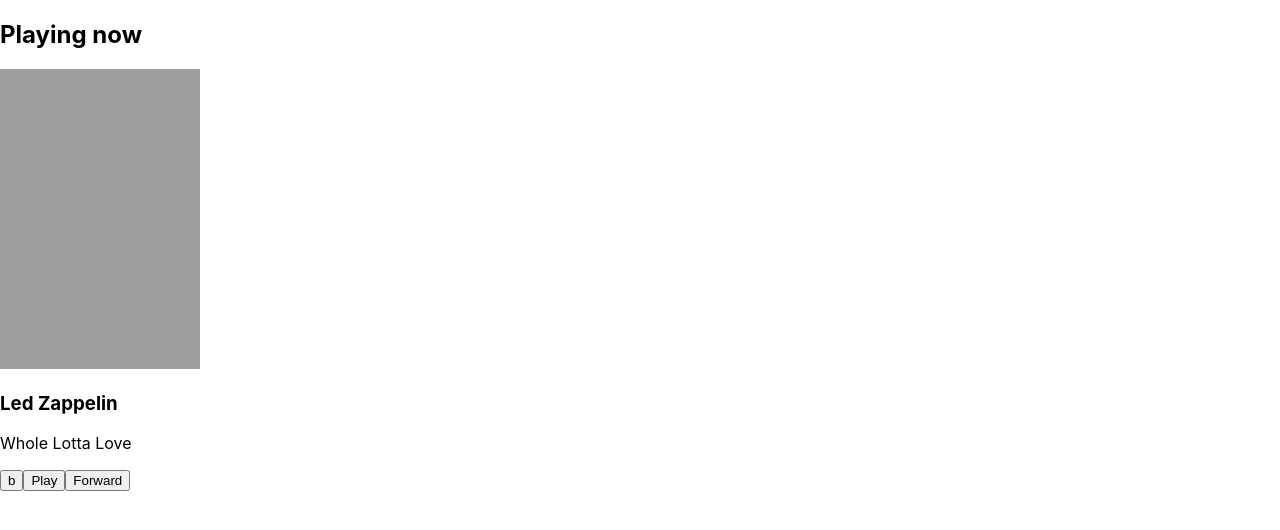
Repository: Sxcram02/playlist
Page: /
The author's editor kept a copy of each file at every save. The page is drawn from the files as they stood at one save, then again after the next save.
The browser window is 1280 px wide. The pictures show the whole page.
Pictures or frames that could not be fetched are drawn as grey boxes. The project was rebuilt for these pictures with package versions that can differ from the ones it lists, and the page was loaded fresh each time. Also part of the build but not shown: src/App.css.

Above is the page before, as saved 2023-02-22 17:12:01.

### src/index.js
import React from 'react';
import ReactDOM from 'react-dom/client';
import './index.css';
import App from './App';

const root = ReactDOM.createRoot(document.getElementById('root'));
root.render(
  <React.StrictMode>
    <App />
  </React.StrictMode>
);
// If you want to start measuring performance in your app, pass a function
// to log results (for example: reportWebVitals(console.log))
// or send to an analytics endpoint. Learn more: https://bit.ly/CRA-vitals

### src/App.js
import './App.css'
import { AiFillPlayCircle, AiFillPauseCircle } from 'react-icons/ai'
import { BiSkipNext, BiSkipPrevious } from 'react-icons/ai'
import { IconContext } from 'react-icons'



function App() {
  return (
    <div className="component">
      <h2>Playing now</h2>
      <img src="https://picsum.photos/200/300" alt="Imagen..." className="musicCover" />
      <div>
        <h3 className="title">Led Zappelin</h3>
        <p className="subTitle">Whole Lotta Love</p>
      </div>
      <div>
        <button className="playButton">
          <IconContext.Provider>
            b
          </IconContext.Provider>
        </button>
        <button className="playButton">Play</button>
        <button className="playButton">Forward</button>
      </div>
    </div>
  );
}

export default App;

Loaded but not shown: public/index.html (common file); src/index.css (common file)

After the next save:
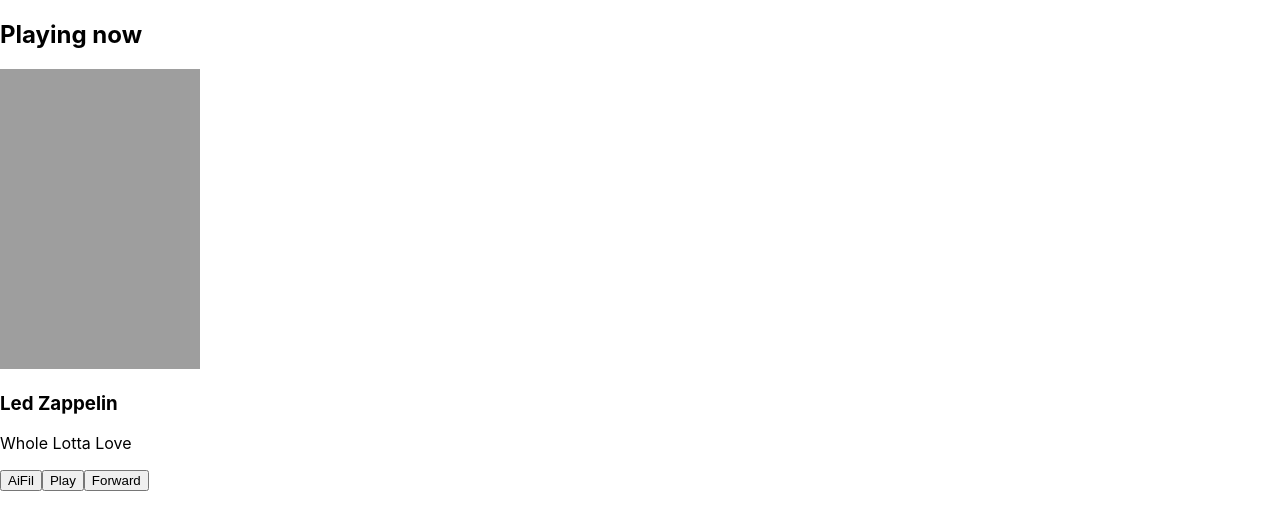
Saved 5 s later.
--- a/src/App.js
+++ b/src/App.js
@@ -17,7 +17,7 @@
       <div>
         <button className="playButton">
           <IconContext.Provider>
-            b
+            AiFil
           </IconContext.Provider>
         </button>
         <button className="playButton">Play</button>
